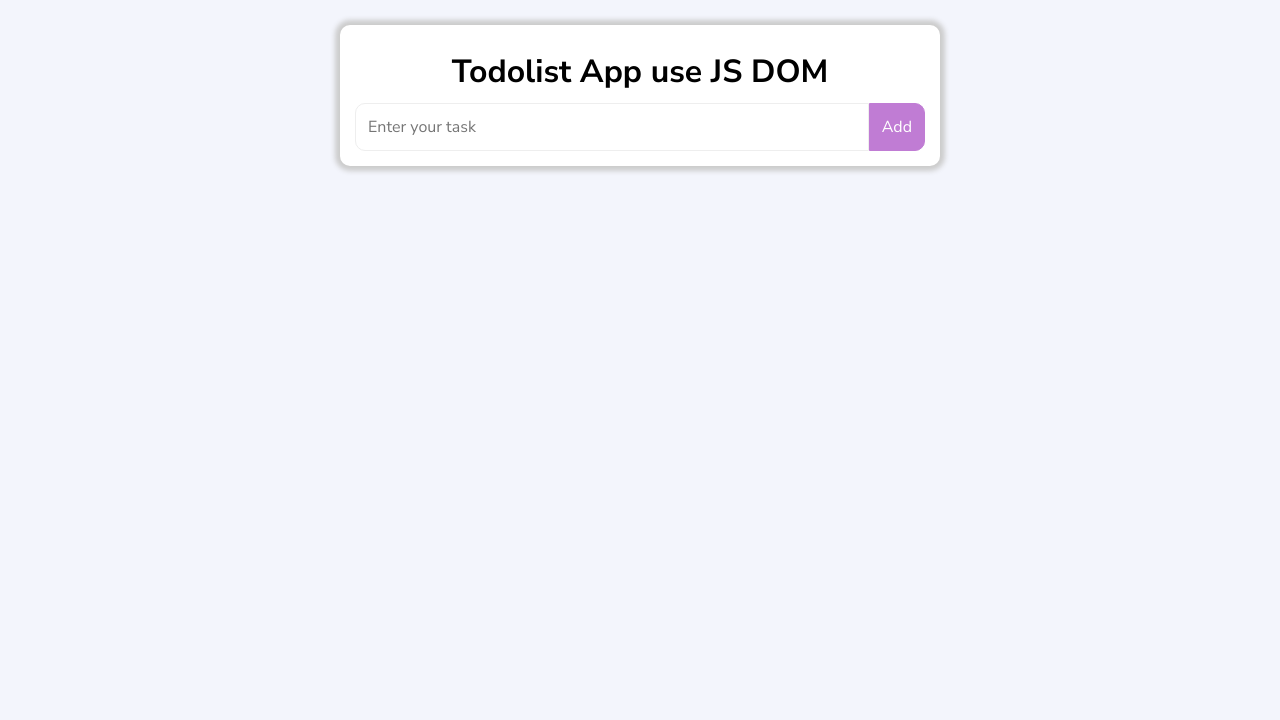
Repository: anhquan74-dev/todolist_app
Page: index.html
These files come from the project's save history. The page is drawn as it stood at one moment and after the next save; the edit follows.
The browser window is 1280 px wide. The pictures show the whole page.
Some web libraries are served in a nearby version.

Above is the page before, as saved 2022-07-21 17:13:59.

### index.html
<!DOCTYPE html>
<html lang="en">
  <head>
    <meta charset="UTF-8" />
    <meta http-equiv="X-UA-Compatible" content="IE=edge" />
    <meta name="viewport" content="width=device-width, initial-scale=1.0" />
    <title>TodoList Web Application</title>
    <link rel="stylesheet" href="style.css" />
    <link
      rel="stylesheet"
      href="https://cdnjs.cloudflare.com/ajax/libs/font-awesome/6.1.1/css/all.min.css"
      integrity="sha512-KfkfwYDsLkIlwQp6LFnl8zNdLGxu9YAA1QvwINks4PhcElQSvqcyVLLD9aMhXd13uQjoXtEKNosOWaZqXgel0g=="
      crossorigin="anonymous"
      referrerpolicy="no-referrer"
    />
  </head>
  <body>
    <div class="todo-app">
      <h1>Todolist App use JS DOM</h1>
      <div class="form-control">
        <input id="input-text" type="text" placeholder="Enter your task" />
        <button id="add-btn">Add</button>
      </div>
      <ul id="list-item">
        <!-- <li class="item">
          Homework
          <a class="edit-btn">Edit</a>
          <a class="delete-btn">Delete</a>
        </li> -->
      </ul>
    </div>
    <script src="main.js"></script>
  </body>
</html>

### style.css
@import url('https://fonts.googleapis.com/css2?family=Nunito+Sans:ital,wght@0,300;0,400;0,600;0,700;0,800;0,900;1,300;1,400;1,600;1,700;1,800;1,900&display=swap');

*, *::after, *::before {
    margin: 0;
    padding: 0;
    box-sizing: border-box;
}
button, input,
body {
    font-family: 'Nunito Sans', sans-serif;
    background-color: #f3f5fc;
}

input {
    background-color: white;
}

.todo-app {
    background-color: white;
    max-width: 600px;
    margin: 25px auto;
    border-radius: 10px;
    padding: 15px;
    box-shadow: 0px 0px 5px 5px #ccc;
}

h1 {
    text-align: center;
    margin: 10px;
}

.form-control {
    display: flex;
    align-items: center;
}

#input-text {
    font-size: 16px;
    padding: 12px;
    width: 100%;
    outline: none;
    border: 1px solid #eee;
    border-radius: 10px 0px 0px 10px;
}

#add-btn {
    font-size: 16px;
    padding: 12px;
    outline: none;
    border: 1px solid #c07cd4;
    border-radius: 0px 10px 10px 0px;
    cursor: pointer;
    background-color: #c07cd4;
    color: white;
}

#add-btn:hover {
    background-color: #a13bc0;
    border: 1px solid #a13bc0;
}

.list-item {
    list-style-type:none;
    margin-top: 20px;
}

.item {
    padding: 12px 12px 12px 40px;
    background-color: #f3f5fc;
    margin:4px 0;
    position: relative;
    overflow: hidden;
    cursor: pointer;
}

.edit-btn,.delete-btn{
    font-weight: 700;
    color: #aaaaaa;
}

.edit-btn {
    position: absolute;
    top: 50%;
    transform: translateY(-50%);
    right: 90px;
}

.delete-btn {
    position: absolute;
    top: 50%;
    transform: translateY(-50%);
    right: 20px;
}

.item:hover  span{
    opacity: 1;
    transform: translateX(-100%);
}

.edit-btn:hover {
    color: black;
}

.delete-btn:hover {
    color: #CF2323;

}

li.checked {
    background-color: #d2d9f0;
    text-decoration: line-through;
}

ul li.checked::before {
    content: '';
    position: absolute;
    border-color: black;
    border-style: solid;
    border-width: 0 2px 2px 0;
    top: 12px;
    left: 20px;
    transform: rotate(45deg);
    height: 15px;
    width: 7px;
  }

### main.js
let inputElement = document.getElementById("input-text");
console.log(inputElement);
let addBtnElement = document.getElementById("add-btn");
console.log(addBtnElement);

let tasks = getTasksFromLocalStorage();
renderTasks(tasks);

addBtnElement.addEventListener("click", function () {
  if (!inputElement.value) {
    alert("You must write something!");
    return false;
  }

  let tasks = getTasksFromLocalStorage();
  tasks.push({ name: inputElement.value });
  inputElement.value = "";

  localStorage.setItem("tasks", JSON.stringify(tasks));

  renderTasks(tasks);
});

function renderTasks(tasks = []) {
  let content = "";
  tasks.forEach((task) => {
    content += `<li class="item">
                  ${task.name}
                  <a class="edit-btn">Edit</a>
                  <a class="delete-btn">Delete</a>
                </li>`;
  });
  document.getElementById("list-item").innerHTML = content;
}

function getTasksFromLocalStorage() {
  return localStorage.getItem("tasks")
    ? JSON.parse(localStorage.getItem("tasks"))
    : [];
}

After the next save:
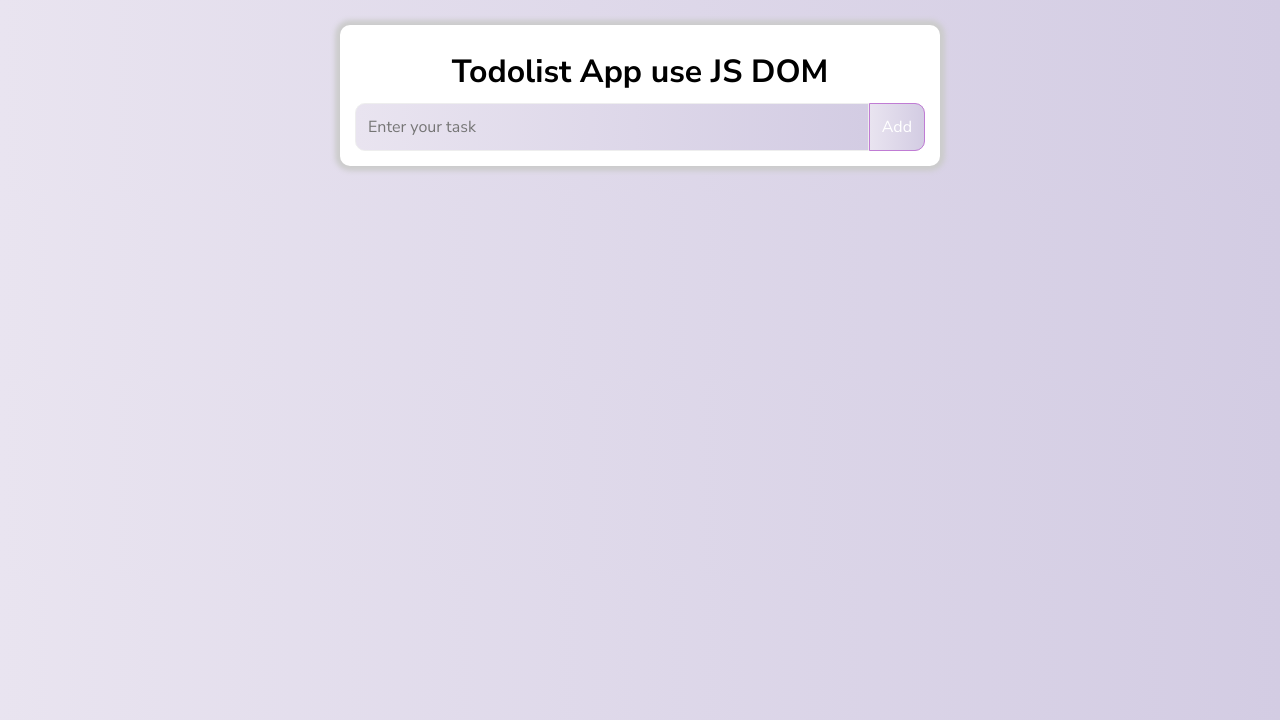
Saved 110 s later.
--- a/style.css
+++ b/style.css
@@ -8,7 +8,10 @@
 button, input,
 body {
     font-family: 'Nunito Sans', sans-serif;
-    background-color: #f3f5fc;
+    background: #D3CCE3;  /* fallback for old browsers */
+background: -webkit-linear-gradient(to right, #E9E4F0, #D3CCE3);  /* Chrome 10-25, Safari 5.1-6 */
+background: linear-gradient(to right, #E9E4F0, #D3CCE3); /* W3C, IE 10+/ Edge, Firefox 16+, Chrome 26+, Opera 12+, Safari 7+ */
+
 }
 
 input {
